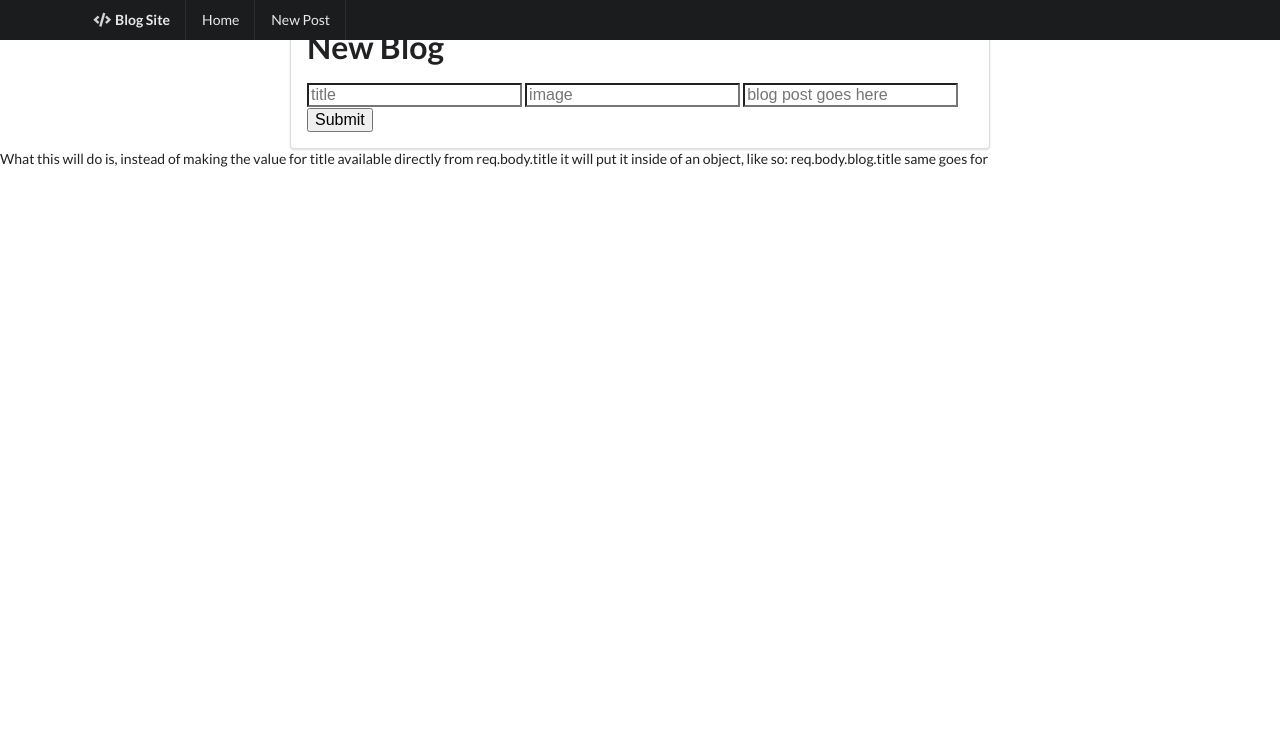
Repository: demioke/web-development-bootcamp
Page: http://localhost/blogs/new
The author's editor kept a record of every edit. The page is drawn from the files as they stood at one moment, then again after the next edit.
The browser window is 1280 px wide. The pictures show the whole page.
Some web libraries are served in a nearby version. The page is served by the project's Node server (RESTful_Routing/RESTfulBlogApp/app.js).

Above is the page before.

### RESTful_Routing/RESTfulBlogApp/views/new.ejs
<% include ./partials/header.ejs %>

<div class="ui main text container segment">
    <div class="ui huge header">New Blog</div>
    <form action="/blogs" method="POST">
        <input type="text" name="blog[title]" placeholder="title">
        <input type="text" name="blog[image]" placeholder="image">
        <input type="text" name="blog[body]" placeholder="blog post goes here">
        <input type="submit">
    </form>
</div>

<% include ./partials/footer.ejs %>

What this will do is, instead of making the value for title available directly
from req.body.title it will put it inside of an object, like so: req.body.blog.title
same goes for

### RESTful_Routing/RESTfulBlogApp/views/partials/header.ejs
<!DOCTYPE html>
<html>
    <head>
        <title>Blog App</title>
        <link rel="stylesheet" type="text/css" href="https://cdnjs.cloudflare.com/ajax/libs/semantic-ui/2.3.2/semantic.min.css">
        <link rel="stylesheet" type="text/css" href="/stylesheets/app.css">
    </head>
    <body>
        <div class="ui fixed inverted menu">
            <div class="ui container">
                <div class="header item"><i class="code icon"></i> Blog Site</div>
                <a href="/" class="item">Home</a>
                <a href="/blogs/new" class="item">New Post</a>
            </div>
        </div>

### RESTful_Routing/RESTfulBlogApp/app.js
var express = require("express");
var app = express();
var bodyParser = require("body-parser");
var mongoose = require("mongoose");
var methodOverride = require("method-override");
var expressSanitizer = require("express-sanitizer");

// APP CONFIG
mongoose.connect("mongodb://localhost/restful_blog_app");
app.set("view engine", "ejs");
app.use(express.static("public")); // allows us to serve custo stylesheets saved in this directory
app.use(bodyParser.urlencoded({extended: true}));
app.use(expressSanitizer()); //has to come after body-parser. allows us to prevent users from entering script tags int htmls
app.use(methodOverride("_method")); // looks for _method in urls to enable html to make PUT and DELETE requests


// MONGOOSE/MODEL CONFIG
var blogSchema = new mongoose.Schema({
    title: String,
    image: String,
    body: String,
    created: {type: Date, default: Date.now} //the date the object i.e. the blog was created. default variable can be used in other obj variabls as used here
});
var Blog = mongoose.model("Blog", blogSchema);

// RESTFUL ROUTES

app.get("/", function(req, res) {
    res.redirect("/blogs");
});

// INDEX ROUTE
app.get("/blogs", function(req, res) {
    Blog.find({}, function(err, blogs) { // find all blogs in DB: "blogs"
        if(err) {
            console.log("ERROR");
        }
        else {
            res.render("index", {blogs: blogs}); // pass all blogs to ejs as "blogs"
        }
    });
});

// NEW ROUTE
app.get("/blogs/new", function(req, res) {
   res.render("new");
});

// CREATE ROUTE
app.post("/blogs", function(req, res) {
    // create blog
    console.log(req.body.blog.body);
    req.body.blog.body = req.sanitize(req.body.blog.body); //sanitizes body of blog
    console.log("=====================");
    console.log(req.body.blog.body);
    Blog.create(req.body.blog, function(err, newBlog) {
        if(err) {
            res.render("new");
        }
        else { // redirect to the index
            res.redirect("/blogs");
        }
    });
});

// SHOW ROUTE
app.get("/blogs/:id", function(req, res) {
    Blog.findById(req.params.id, function(err, foundBlog) {
        if(err) {
            res.redirect("/blogs");
        }
        else {
            res.render("show", {blog: foundBlog});
        }
    });
});

// EDIT ROUTE
app.get("/blogs/:id/edit", function(req, res) {
    Blog.findById(req.params.id, function(err, foundBlog) {
        if(err) {
            res.redirect("/blogs");
        }
        else {
            res.render("edit", {blog: foundBlog});
        }
    });
});

// UPDATE ROUTE
app.put("/blogs/:id", function(req, res) {
    req.body.blog.body = req.sanitize(req.body.blog.body); //sanitizes body of blog
    Blog.findByIdAndUpdate(req.params.id, req.body.blog, function(err, updatedBlog) { // 2nd parameter of fn is the new updated data
        if(err) {
            res.redirect("/blogs");
        }
        else {
            res.redirect("/blogs/" + req.params.id) // redirects back to show page with updated blog
        }
    });
});

// DELETE ROUTE
app.delete("/blogs/:id", function(req, res) {
    //destroy blog
    Blog.findByIdAndRemove(req.params.id, function(err) { // callback fn only takes err argument as blog data may be deleted
        if(err) {
            res.redirect("/blogs");
        }
        else {
            res.redirect("/blogs");
        }
    });
    //redirect somewhere
});

app.listen(process.env.PORT, process.env.IP, function() {
    console.log("SERVER IS RUNNING");
});

### RESTful_Routing/RESTfulBlogApp/public/stylesheets/app.css
i .icon {
    font-size: 4em;
}

Loaded but not shown: RESTful_Routing/RESTfulBlogApp/views/partials/footer.ejs (common file)

After the next edit:
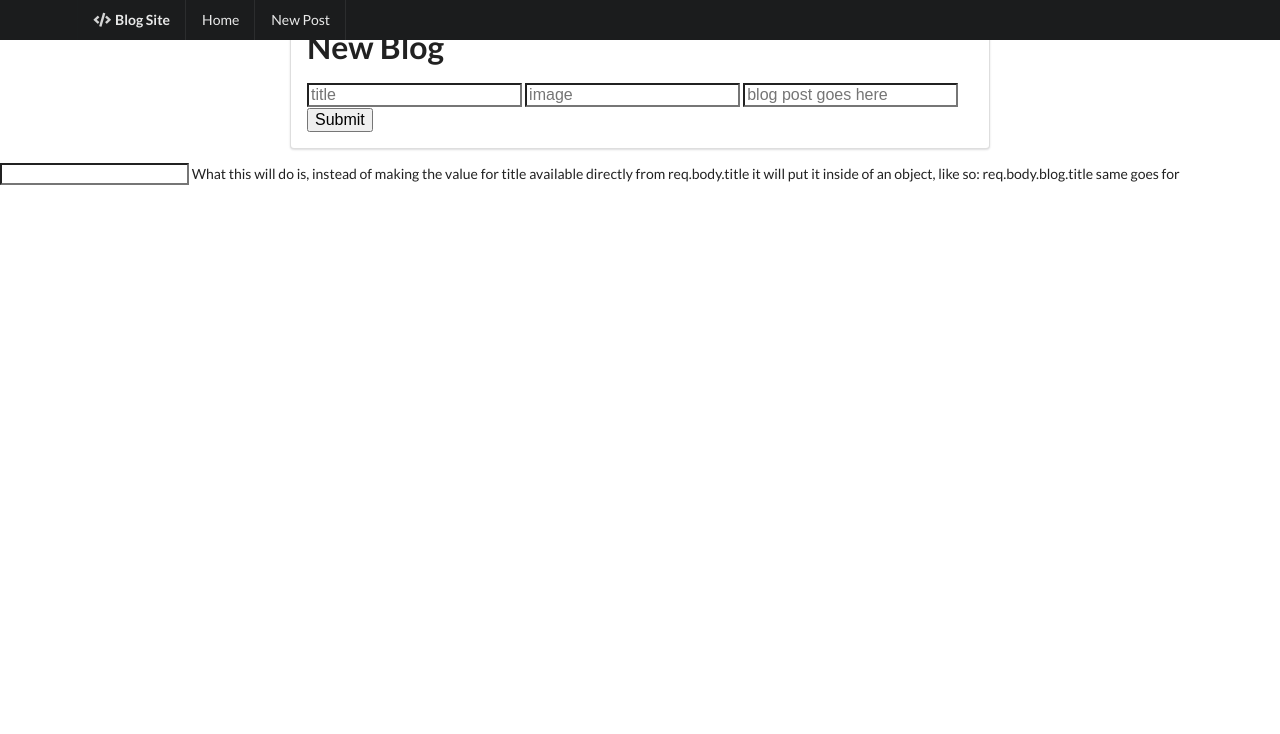
The edit:
--- a/RESTful_Routing/RESTfulBlogApp/views/new.ejs
+++ b/RESTful_Routing/RESTfulBlogApp/views/new.ejs
@@ -12,6 +12,7 @@
 
 <% include ./partials/footer.ejs %>
 
+<input type="text" name="blog[title]">
 What this will do is, instead of making the value for title available directly
 from req.body.title it will put it inside of an object, like so: req.body.blog.title
 same goes for
